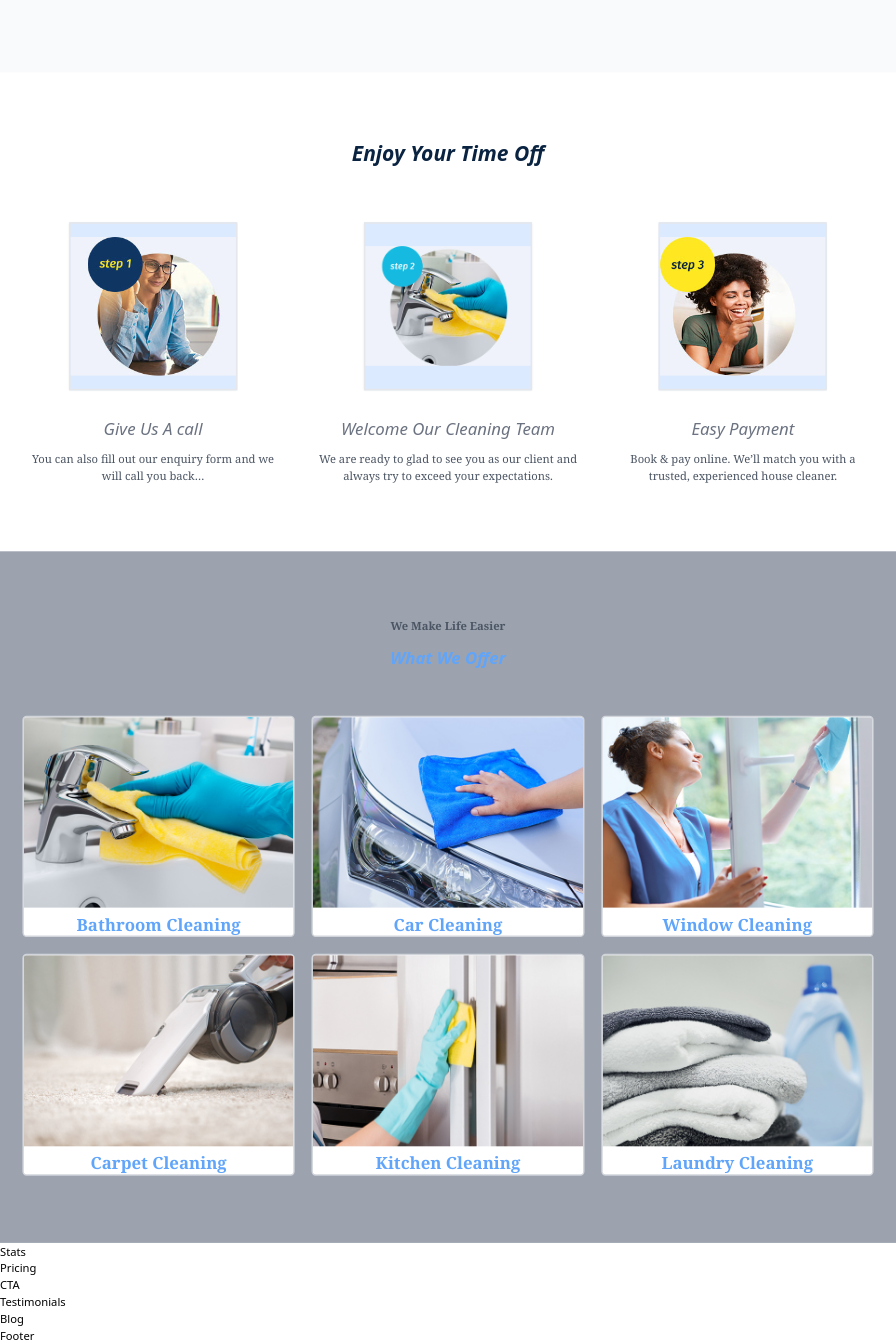
Repository: remydev47/cleonara
Page: /
An editor plug-in stored every save of this project. The page is shown before and after the next save, followed by the edit.
The browser window is 1280 px wide. The pictures show the part of the page from y = 2011 to 3931 px (the page is 3931 px tall before and 3868 px after), at 70% of full size.
The project was rebuilt for these pictures with package versions that can differ from the ones it lists, and the page was loaded fresh each time. The framework's server and built-in components were replaced by stand-ins that run in the browser. Also part of the build but not shown: next.config.js.

Above is the page before, as saved 2022-11-01 13:25:57.

After the next save:
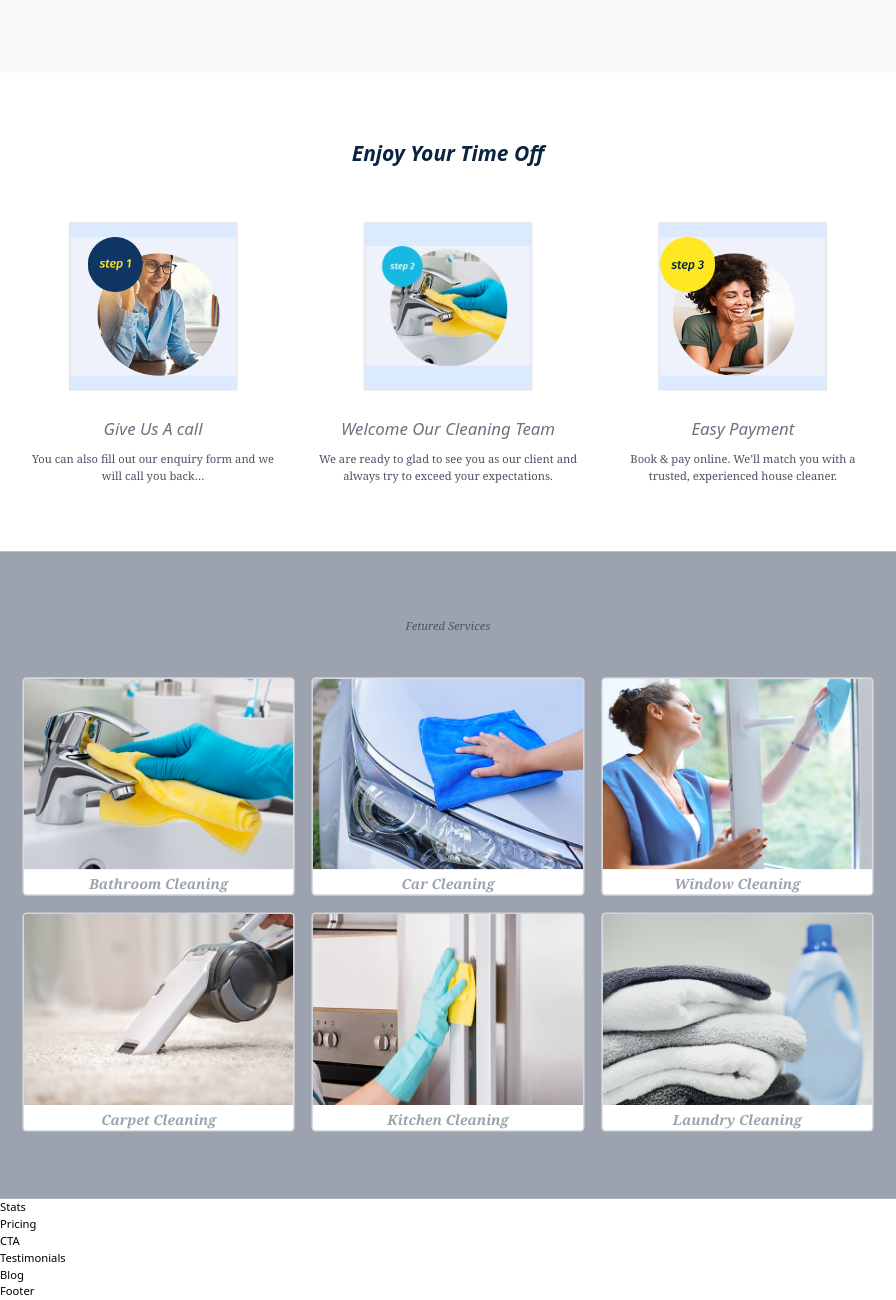
Saved 74 s later.
--- a/components/Services.tsx
+++ b/components/Services.tsx
@@ -39,10 +39,7 @@ const Services = () => {
 
     <div className="px-4 mx-auto max-w-7xl sm:px-6 lg:px-8">
      <div className="max-w-2xl mx-auto text-center">
-      <h2 className=" font-bold font-serif leading-tight text-gray-600">We Make Life Easier</h2>
-      <p className=" mt-4 italic text-2xl font-bold leading-relaxed text-blue-400">
-        What We Offer
-      </p>
+      <h2 className="italic font-serif leading-tight text-gray-600">Fetured Services</h2>
      </div>
 
      <div className="grid max-w-md grid-cols-1 gap-6 mx-auto mt-8 text-center lg:max-w-full lg:mt-16 lg:grid-cols-3">
@@ -55,7 +52,7 @@ const Services = () => {
                className="w-full"
              />
 
-             <h2 className='font-bold font-serif text-2xl text-blue-400 text-center mt-2'>
+             <h2 className='font-bold font-serif text-xl text-gray-400 italic text-center mt-2'>
                {item.title}
              </h2>
              <p className='text-xl font-serif text-gray-300 text-center '>
